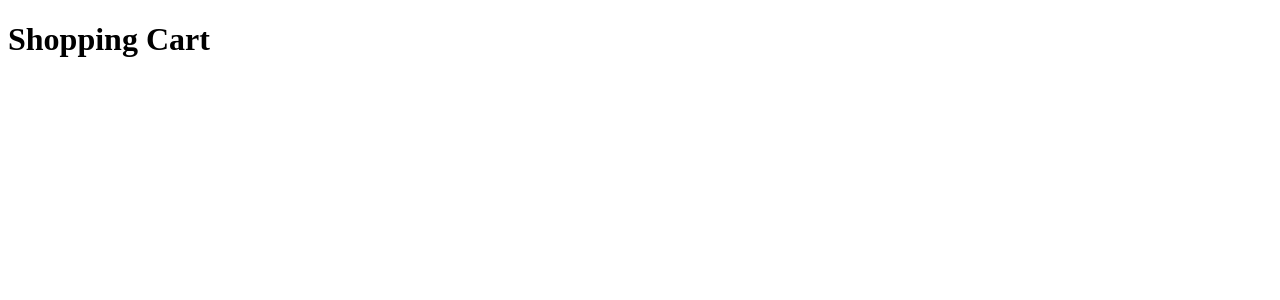
Repository: Mankelvo/Cat
Page: index.html
The author's editor kept a copy of each file at every save. The page is drawn from the files as they stood at one save, then again after a run of saves.
The browser window is 1280 px wide. The pictures show the whole page.

Above is the page before, as saved 2026-02-12 20:42:37.

### index.html
<!DOCTYPE html>
<html lang="en">
<head>
    <meta charset="UTF-8">
    <meta name="viewport" content="width=device-width, initial-scale=1.0">
    <title>Cart Logic challenge</title>
    <link rel="stylesheet" link="styles.css">
</head>
<body>
   <div class="container">
<h1>Shopping Cart</h1>
<div class="input-container"></div>
<div class="btn"></div>
   </div>
</body>
</html>

After the next 5 saves:
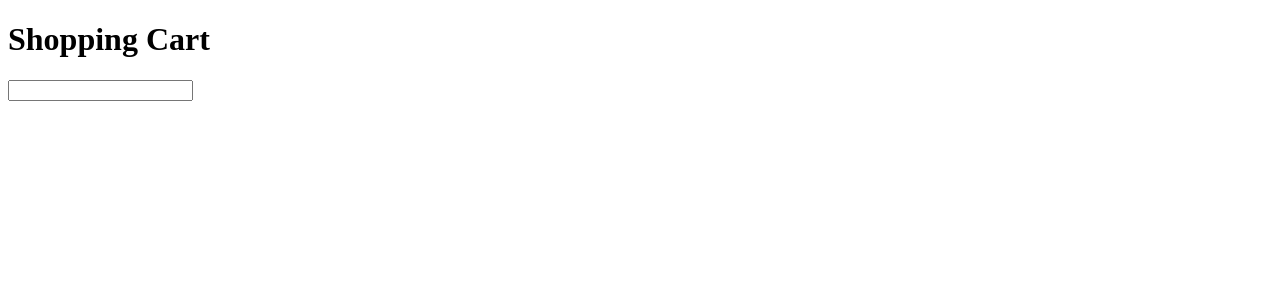
The 5 saves are shown as one change because they came seconds apart.
The last was saved 15 s later.
--- a/index.html
+++ b/index.html
@@ -9,8 +9,10 @@
 <body>
    <div class="container">
 <h1>Shopping Cart</h1>
-<div class="input-container"></div>
-<div class="btn"></div>
+<div class="input-container">
+    <input>
+</div>
+<div class="btn-container"></div>
    </div>
 </body>
 </html>

After the 3 saves that followed:
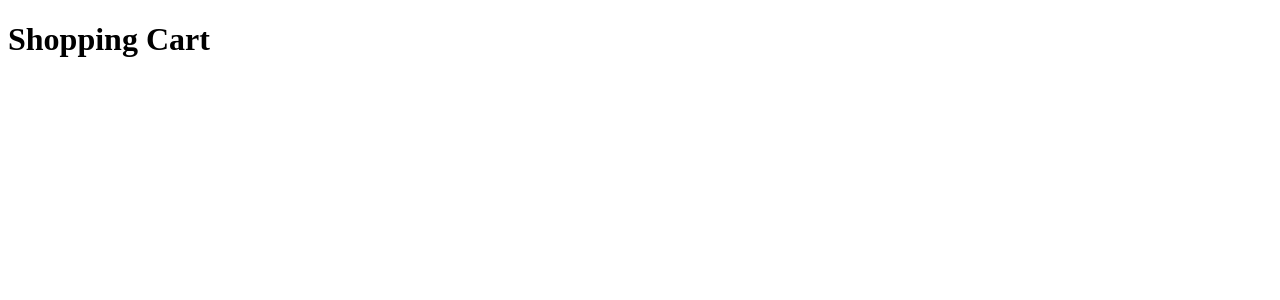
The 3 saves are shown as one change because 2 left the picture as it was.
The last was saved 28 s later.
--- a/index.html
+++ b/index.html
@@ -10,7 +10,7 @@
    <div class="container">
 <h1>Shopping Cart</h1>
 <div class="input-container">
-    <input>
+    <label></label>
 </div>
 <div class="btn-container"></div>
    </div>
